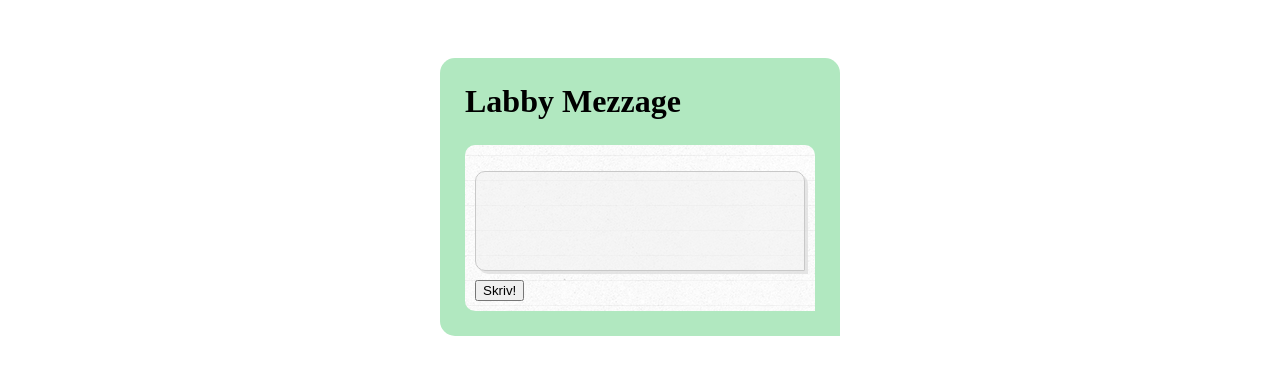
Repository: lw222gu/1dv403-laborationer
Page: 2-labbymezzage/index.html
The author's editor kept a record of every edit. The page is drawn from the files as they stood at one moment, then again after the next edit.
The browser window is 1280 px wide. The pictures show the whole page.
Some web fonts or font styles are not loaded; a fallback is used.

Above is the page before.

### 2-labbymezzage/index.html
<!doctype html>
<html lang = "sv">
    <head>
        <meta charset="utf-8" />
        <meta name="viewport" content="width=device-width, initial-scale=1.0" />
        <title>Labby Mezzage</title>

        <!-- Main CSS -->
        <link rel="stylesheet" href="css/style.css" />

        <!-- Fonts -->
        <link href='//fonts.googleapis.com/css?family=Shadows+Into+Light+Two' rel='stylesheet' type='text/css'>

        <!-- JavaScript -->
        <script src="mainscript.js"></script>
        <script src="message.js"></script>

    </head>

    <body>

        <div id="container">
            <header>
                <h1>Labby Mezzage</h1>
            </header>

            <main>
                <div id="messages">
<!--                <ul>
                        <li>Ett testinlägg för att kunna skriva css:en för listor och listelement.</li>
                        <li>Ett testinlägg för att kunna skriva css:en för listor och listelement.</li>
                    </ul>
-->
                </div>
                <div id="counter"></div>
                <textarea class="textbox"></textarea>
                <input id="button" type="submit" value="Skriv!" />
            </main>
        </div>

    </body>
</html>

### 2-labbymezzage/css/style.css
body {
    font-size: 1em;
    padding-top:50px;
    font-family:Arial, sans-serif;
}

#container {
    max-width: 350px;
    margin: 0 auto 0 auto;
    background-color:#B1E8C0;
    overflow: auto;
    padding:25px;
    border-radius:15px 15px 0px 15px;
}

main {
    width:inherit;
    background-color:#FFF;
    background-image:url(pics/linedpaper.png);
    margin-top:25px;
    padding:10px;
    border-radius:10px 10px 0px 10px;
    overflow:auto;

}

h1 {
    font-family: 'Shadows Into Light Two', cursive;
    color: #000 ;
    margin:0px;
}

ul {
    list-style:none;
    padding-left:0px;
}

li {
    padding:10px;
    font-size:0.7em;
    color:#000;
    background-color:rgba(240, 240, 240, 0.5);
    border-radius:10px 10px 0px 10px;
    box-shadow:3px 3px 0px rgba(220, 220, 220, 0.7);
    margin-bottom: 6px;

}

.textbox {
    resize:none;
    box-sizing:border-box;
    width: 100%;
    overflow:auto;
    height:100px;
    padding:10px;
    margin-bottom:5px;
    border-width:1px;
    border-color:rgb(200, 200, 200);
    border-style:solid;
    border-radius:10px 10px 0px 10px;
    box-shadow:3px 3px 0px rgba(220, 220, 220, 0.7);
    background-color:rgba(240, 240, 240, 0.5);
}

.button {
    float:right;
    padding:10px;
    border-radius:8px 8px 0px 8px;
    border:none;
    color:#FFF;
    background-color:#000;
    cursor: pointer;
    box-shadow:3px 3px 0px rgba(220, 220, 220, 0.7);
    font-size:0.7em;
}

### 2-labbymezzage/mainscript.js
"use strict";

var mezzageApp = {

    messages: [],

    init: function(e){

        var divMessages = document.getElementById("messages");
        var ul = document.createElement("ul");
        var clickedOnce = false;

        var button = document.querySelector("#button");
        divMessages.appendChild(ul);

        button.onclick = function(){

        var mess = new Message(Message.message, Message.date);
        mezzageApp.messages.push(mess);
        console.log(mezzageApp.messages);

        var li;

        for (mess in mezzageApp.messages){
            li = document.createElement("li");
        }

        ul.appendChild(li);

        };



//        sendMess.addEventListener("click", function(){
//           var mess = new Message();
//        });

   /*
        var mess = new Message("Testmeddelande", new Date());
        alert(mess);
        alert(mess.getText());
        mess.setText("En annan text att testa");
        alert(mess);

        mezzageApp.messages.push(mess, "Kiwi");
        alert(mezzageApp.messages[1]);
        console.log(mess);
    */
    }
};

window.onload = mezzageApp.init; //pekar på metoden init som kommer köras när sidan laddats

### 2-labbymezzage/message.js
"use strict";
/* Message constructor */

function Message(message, date){

 //   var text;

    this.getText = function(){
        return message;
    };

    this.setText = function(_text){
        message = _text;
    };

    this.getDate = function(){
        return date;
    };

    this.setDate = function(_date){
        date = new Date();
    };
}

Message.prototype.toString = function(){
    // Returnerar objektet som en sträng
    return (this.getText() + " (" + this.getDate() + ")");
};

Message.prototype.getHTMLText = function(){
    // Hämtar texten med \n utbytt mot <br/>
    var text = this.getText();
    return text;

};

Message.prototype.getDateText = function(){
    // Hämtar datumet? Vad gör denna egentligen. Finns med i exemplet men inte listan över funktioner.
};

After the next edit:
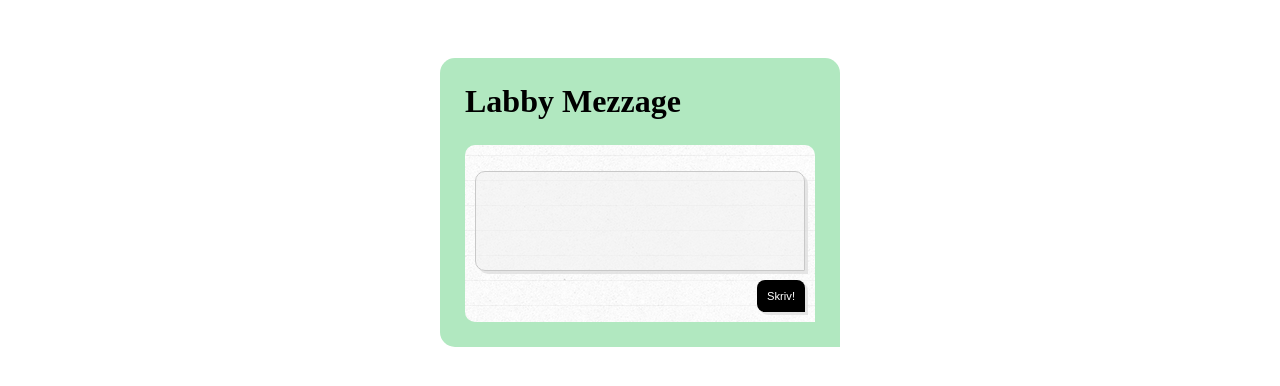
The edit:
--- a/2-labbymezzage/css/style.css
+++ b/2-labbymezzage/css/style.css
@@ -62,7 +62,7 @@
     background-color:rgba(240, 240, 240, 0.5);
 }
 
-.button {
+#button {
     float:right;
     padding:10px;
     border-radius:8px 8px 0px 8px;
